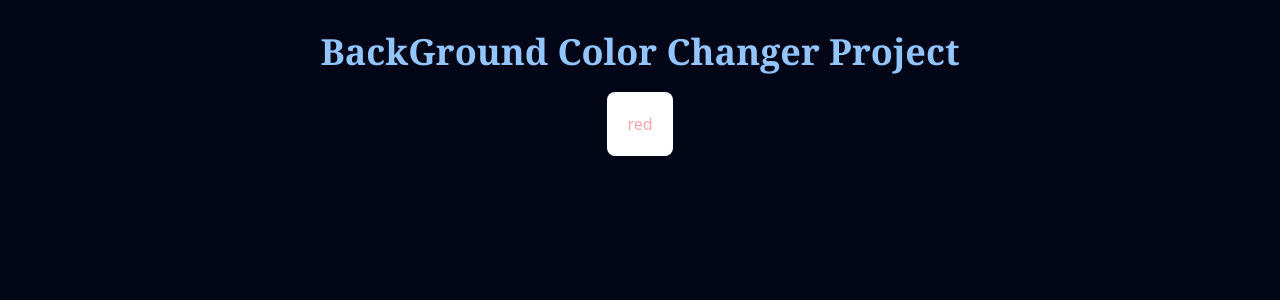
Repository: ChaitanyMishra/react-daily-work
Page: / (app in day-04-react/bg_color_changer/)
The author's editor kept a copy of each file at every save. The page is drawn from the files as they stood at one save, then again after the next save.
The browser window is 1280 px wide. The pictures show the whole page.
The project was rebuilt for these pictures with package versions that can differ from the ones it lists, and the page was loaded fresh each time. Also part of the build but not shown: day-04-react/bg_color_changer/vite.config.js.

Above is the page before, as saved 2025-06-20 16:46:49.

After the next save:
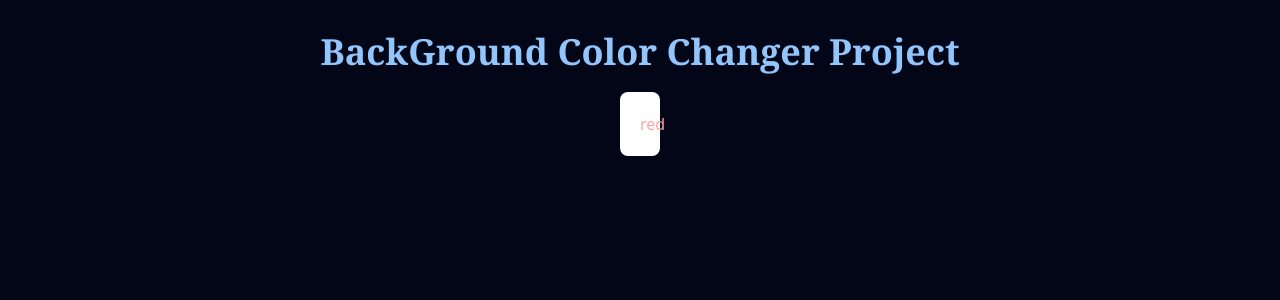
Saved 6 s later.
--- a/day-04-react/bg_color_changer/src/App.jsx
+++ b/day-04-react/bg_color_changer/src/App.jsx
@@ -9,7 +9,7 @@
   return (
     <>
     <h1 className='text-4xl font-serif font-bold text-blue-300 '>BackGround Color Changer Project</h1>
-     <button className="bg-white text-red-300 m-5 p-5 rounded-lg">red</button>
+     <button className="bg-white text-red-300 m-5 p-5 rounded-lg w-5">red</button>
     <ColorChangeButton />
     </>
   )

After the 3 saves that followed:
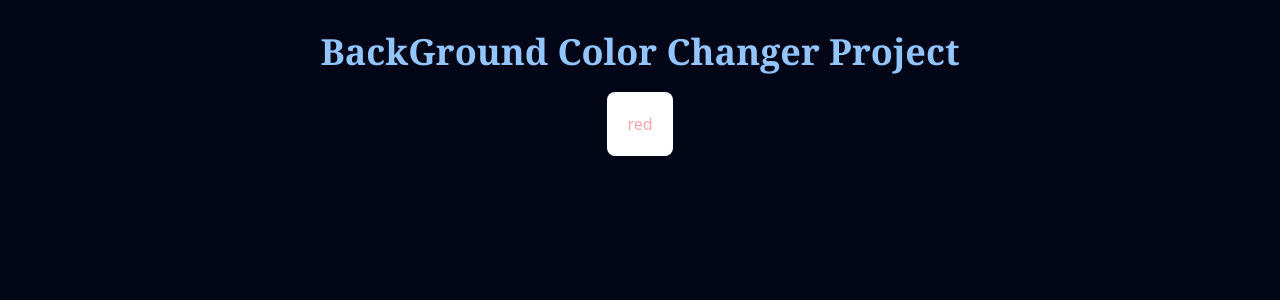
The 3 saves are shown as one change because they came seconds apart.
The last was saved 8 s later.
--- a/day-04-react/bg_color_changer/src/App.jsx
+++ b/day-04-react/bg_color_changer/src/App.jsx
@@ -9,7 +9,7 @@
   return (
     <>
     <h1 className='text-4xl font-serif font-bold text-blue-300 '>BackGround Color Changer Project</h1>
-     <button className="bg-white text-red-300 m-5 p-5 rounded-lg w-5">red</button>
+     <button className="bg-white text-red-300 m-5 p-5 rounded-lg w-15">red</button>
     <ColorChangeButton />
     </>
   )
